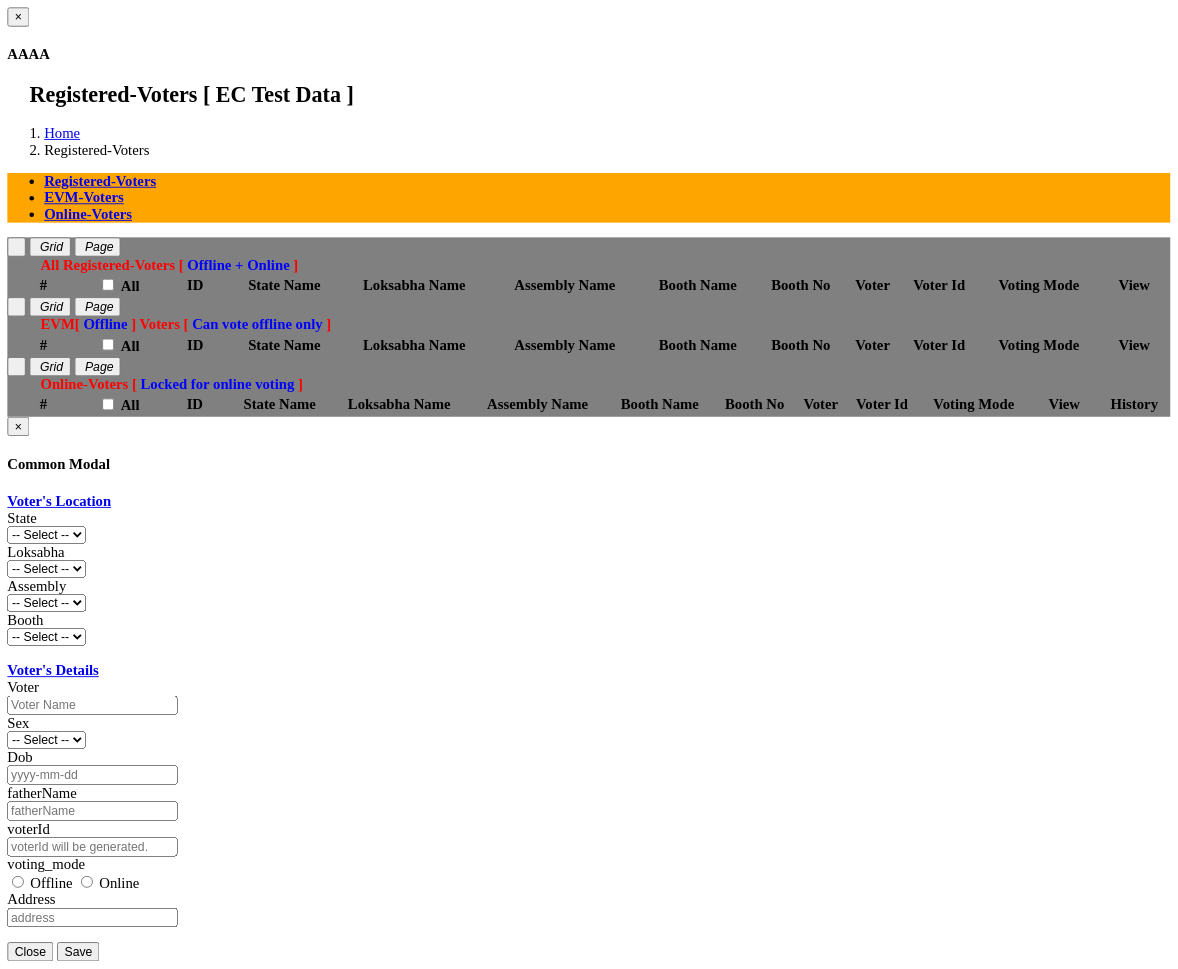
Repository: sanjeev167/IndiaOnLineVoting_3112020
Page: http://localhost/IndiaOnLineVoting/WEB-INF/jsp/ec/voters.jsp
An editor plug-in stored every save of this project. The page is shown before and after the next save, followed by the edit.
The browser window is 1280 px wide. The pictures show the whole page, at 92% of full size.
The page is served by Tomcat 9. Nobody is signed in. Other server files are loaded and not shown. The template is opened directly, without the code that normally fills it, so the values that code supplies are empty.

Above is the page before, as saved 2020-10-29 19:46:05.
Console error: TypeError: $(...).DataTable is not a function

### IndiaOnLineVoting/src/main/webapp/WEB-INF/jsp/ec/voters.jsp
	<div class="modal fade" id="auditTrailModalId">
	<div class="modal-dialog modal-md">
		<div class="modal-content" style="border-radius: 10px;">
			<div class="modal-header">
				<button type="button" class="close" data-dismiss="modal"
					aria-label="Close">
					<span aria-hidden="true">&times;</span>
				</button>
				<h4 class="modal-title" id="commonModalTitleId">AAAA</h4>
			</div>
			<div class="modal-body">

			</div>

		</div>
		<!-- /.modal-content -->
	</div>
	<!-- /.modal-dialog -->
</div>
<!-- /.modal -->






	<!-- Full Width Column -->

	<!-- Content Header (Page header) -->
	<section class="content-header">
		<h1>
			&nbsp;&nbsp;&nbsp;&nbsp;Registered-Voters [ <strong>EC Test Data</strong> ]
		</h1>
		<ol class="breadcrumb">
			<li><a href="/"><i class="fa fa-dashboard"></i> Home</a></li>
			<li class="active">Registered-Voters</li>
		</ol>
	</section>

	<!-- Main content -->
	<section class="content">

		<div class="row">

			<div class="col-md-9">
				<div class="nav-tabs-custom" >
					<ul class="nav nav-tabs"
						style="background-color: orange; font-weight: bold;">
						<li class="active"><a href="#activity" data-toggle="tab">Registered-Voters</a></li>
						<li><a href="#timeline" data-toggle="tab">EVM-Voters</a></li>
						<li><a href="#settings" data-toggle="tab">Online-Voters</a></li>
					</ul>
					<div class="tab-content" style="background-color: grey;">
						<div class="active tab-pane" id="activity">
								<!-- /.box-header -->
								<div class="box-body">
									<div class="col-md-12">
										<div class="box box-primary ">
											<div class="box-header with-border">

												<div class="box-title">

													<button type="button">
														<i class="fa fa-search searchClass" data-toggle="modal">&nbsp;</i>
													</button>
													<button type="button" id="reloadGrid">
														<i class="fa fa-refresh">&nbsp;Grid</i>
													</button>
													<button type="button" id="refreshGrid">
														<i class="fa fa-refresh">&nbsp;Page</i>
													</button>
												</div>
												&nbsp;&nbsp;&nbsp;&nbsp;&nbsp;&nbsp;&nbsp;&nbsp;&nbsp;<strong style="color:red;">All Registered-Voters [ <span style="color:blue;">Offline + Online </span> ]</strong>
											</div>

											<div class="box-body ">
												<table id="votersEnrolledId" width="100%"
													class="table table-striped table-bordered table-hover table-condensed dt-responsive data-table">
													<thead>
														<tr>
															<th width="6%">#</th>
															<th width="7%"><input id="chkAll" type="checkbox">&nbsp;All</th>
															<th width="6%">ID</th>
															<th>State Name</th>
															<th>Loksabha Name</th>
															<th>Assembly Name</th>
															<th>Booth Name</th>
															<th>Booth No</th>
															<th>Voter</th>
															<th>Voter Id</th>
															<th>Voting Mode</th>
															<th width="6%">View</th>

														</tr>
													</thead>

												</table>
											</div>
											<!-- /.box-body -->

									</div>
									<!-- /.col -->
								</div>
								<!-- /.box-body -->
							</div>
							<!-- /.box -->

						</div>
						<!-- /.tab-pane -->




						<div class="tab-pane" id="timeline">
							 <!-- /.box-header -->
								<div class="box-body">
									<div class="col-md-12">
										<div class="box box-primary ">
											<div class="box-header with-border">

												<div class="box-title">

													<button type="button">
														<i class="fa fa-search SearchOffLineVotersClass" data-toggle="modal">&nbsp;</i>
													</button>
													<button type="button" id="reloadGrid">
														<i class="fa fa-refresh">&nbsp;Grid</i>
													</button>
													<button type="button" id="refreshGrid">
														<i class="fa fa-refresh">&nbsp;Page</i>
													</button>
												</div>
												&nbsp;&nbsp;&nbsp;&nbsp;&nbsp;&nbsp;&nbsp;&nbsp;&nbsp;<strong style="color:red;">EVM[ <span style="color:blue;">Offline</span> ] Voters [ <span style="color:blue;">Can vote offline only</span> ]</strong>
											</div>

											<div class="box-body ">
												<table id="votersEnrolledOfflineId" width="100%"
													class="table table-striped table-bordered table-hover table-condensed dt-responsive data-table">
													<thead>
														<tr>
														   <th width="6%">#</th>
															<th width="7%"><input id="chkAll" type="checkbox">&nbsp;All</th>
															<th width="6%">ID</th>
															<th>State Name</th>
															<th>Loksabha Name</th>
															<th>Assembly Name</th>
															<th>Booth Name</th>
															<th>Booth No</th>
															<th>Voter</th>
															<th>Voter Id</th>
															<th>Voting Mode</th>
															<th width="6%">View</th>

														</tr>
													</thead>

												</table>
											</div>
											<!-- /.box-body -->

									</div>
									<!-- /.col -->
								</div>
								<!-- /.box-body -->
							</div>
							<!-- /.box -->
						</div>
						<!-- /.tab-pane -->

						<div class="tab-pane" id="settings">
							      <!-- /.box-header -->
								<div class="box-body">
									<div class="col-md-12">
										<div class="box box-primary ">
											<div class="box-header with-border">

												<div class="box-title">

													<button type="button">
														<i class="fa fa-search SearchOnLineVotersClass" data-toggle="modal">&nbsp;</i>
													</button>
													<button type="button" id="reloadGrid">
														<i class="fa fa-refresh">&nbsp;Grid</i>
													</button>
													<button type="button" id="refreshGrid">
														<i class="fa fa-refresh">&nbsp;Page</i>
													</button>
												</div>
												&nbsp;&nbsp;&nbsp;&nbsp;&nbsp;&nbsp;&nbsp;&nbsp;&nbsp;<strong style="color:red;">Online-Voters [ <span style="color:blue;">Locked for online voting</span> ]</strong>
											</div>

											<div class="box-body ">
												<table id="votersEnrolledOnlineId" width="100%"
													class="table table-striped table-bordered table-hover table-condensed dt-responsive data-table">
													<thead>
														<tr>
															<th width="6%">#</th>
															<th width="7%"><input id="chkAll" type="checkbox">&nbsp;All</th>
															<th width="6%">ID</th>
															<th>State Name</th>
															<th>Loksabha Name</th>
															<th>Assembly Name</th>
															<th>Booth Name</th>
															<th>Booth No</th>
															<th>Voter</th>
															<th>Voter Id</th>
															<th>Voting Mode</th>
															<th width="6%">View</th>
															<th width="6%">History</th>

														</tr>
													</thead>

												</table>
											</div>
											<!-- /.box-body -->

									</div>
									<!-- /.col -->
								</div>
								<!-- /.box-body -->
							</div>
							<!-- /.box -->

						</div>
						<!-- /.tab-pane -->
					</div>
					<!-- /.tab-content -->
				</div>
				<!-- /.nav-tabs-custom -->
			</div>
			<!-- /.col -->
		</div>
		<!-- /.row -->

	</section>
	<!-- /.content -->



<!-- modal for add/update/view/search -->
<div class="modal fade" id="modal-common">
	<div class="modal-dialog modal-md">
		<div class="modal-content" style="border-radius: 10px;">
			<div class="modal-header">
				<button type="button" class="close" data-dismiss="modal"
					aria-label="Close">
					<span aria-hidden="true">&times;</span>
				</button>
				<h4 class="modal-title" id="commonModalTitleId">Common Modal</h4>
			</div>
			<div class="modal-body">
				<!-- form start -->
				<form class="form-horizontal" id="commonFormId" action="">
					<div class="box-body">
						<h5 id="successMsgId"></h5>
						<h5 id="searchMsgId"></h5>
						<strong style="color:red;" id="searchHideContentId"><a href="#" id="voterlocationId">Voter's Location </a></strong>
						<div id="voterLocationShowHideId">
									<div class="form-group">
										<label for="inputStateName" class="col-sm-4 control-label">
											State</label>
										<div class="col-sm-7">
											<select class="form-control" name="stateNameId"
												id="stateNameId">
												<option value="">-- Select --</option>

											</select> <span id="stateNameId_err" class="field-error"></span>
										</div>
									</div>
									<div class="form-group">
										<label for="inputLoksabhaName" class="col-sm-4 control-label">
											Loksabha</label>
										<div class="col-sm-7">
											<select class="form-control" name="loksabhaNameId"
												id="loksabhaNameId">
												<option value="">-- Select --</option>

											</select> <span id="loksabhaNameId_err" class="field-error"></span>
										</div>
									</div>

									<div class="form-group" id="assemblyLabledId">
										<label for="inputSortName" class="col-sm-4 control-label">
											Assembly</label>
										<div class="col-sm-7">
											<select class="form-control" name="assemblyNameId"
												id="assemblyNameId">
												<option value="">-- Select --</option>

											</select> <span id="assemblyNameId_err" class="field-error"></span>
										</div>
									</div>

									<div class="form-group" id="pollingBoothNameIdLabledId">
										<label for="inputSortName" class="col-sm-4 control-label">
											Booth</label>
										<div class="col-sm-7">
											<select class="form-control" name="pollingBoothNameId"
												id="pollingBoothNameIdId">
												<option value="">-- Select --</option>
											</select> <span id="pollingBoothNameIdId_err" class="field-error"></span>
										</div>
									</div>
                         </div>



								<!-- Voter Location -->
								<br>
								<strong style="color:red;" id="searchHide1ContentId"><a href="#"  id="voterDetailId"> Voter's Details </a></strong>
								<div id="voterDetailShowHideId">

										<div class="form-group" id="voterNameLabledId">
											<label for="inputSortName" class="col-sm-4 control-label">
												Voter</label>
											<div class="col-sm-7">
												<input type="text" class="form-control" name="voterName"
													id="voterNameId" placeholder="Voter Name">
													<span
												id="voterNameId_err" class="field-error"></span>
											</div>
										</div>

										<div class="form-group" id="sexLabledId">
											<label for="inputSortName" class="col-sm-4 control-label">
												Sex</label>
											<div class="col-sm-7">
											        <select class="form-control" name="sex"	id="sexId">
												       <option value="">-- Select --</option>
												       <option value="M">Male</option>
												       <option value="F">Female</option>
											        </select>
													<span id="sexId_err" class="field-error"></span>
											</div>
										</div>

										<div class="form-group" id="dobForPageLabledId">
											<label for="inputSortName" class="col-sm-4 control-label">
												Dob</label>
											<div class="col-sm-7">
												<input type="text" class="form-control" name="dobForPage" id="dobForPageId" placeholder="yyyy-mm-dd">
													<span
												id="dobForPageId_err" class="field-error"></span>
											</div>
										</div>

										<div class="form-group" id="fatherNameLabledId">
											<label for="inputSortName" class="col-sm-4 control-label">
												fatherName</label>
											<div class="col-sm-7">
												<input type="text" class="form-control" name="fatherName"
													id="fatherNameId" placeholder="fatherName">
													<span
												id="fatherNameId_err" class="field-error"></span>
											</div>
										</div>

										<div class="form-group" id="voterIdLabledId">
											<label for="inputSortName" class="col-sm-4 control-label">
												voterId</label>
											<div class="col-sm-7">
												<input type="text" class="form-control" name="voterId"
													id="voterIdId" placeholder="voterId will be generated.">
													<span
												id="voterIdId_err" class="field-error"></span>
											</div>
										</div>

										<div class="form-group" id="voting_modeLabledId">
											<label for="inputSortName" class="col-sm-4 control-label">
												voting_mode</label>
											<div class="col-sm-7">
											     <input type="radio" name="voting_mode" id="offlineVoting_modeId" value="0">&nbsp;Offline
											     <input type="radio" name="voting_mode" id="onlineVoting_modeId" value="1">&nbsp;Online

													<span
												id="voting_modeId_err" class="field-error"></span>
											</div>
										</div>

										<div class="form-group" id="addressLabledId">
											<label for="inputSortName" class="col-sm-4 control-label">
												Address</label>
											<div class="col-sm-7">
												<input type="text" class="form-control" name="address"
													id="addressId" placeholder="address">
													<span
												id="addressId_err" class="field-error"></span>
											</div>
										</div>
								</div>
								   <input hidden="true" name="id" id="votersEnrolledRecordId" />
							</div>
							<!-- /.box-body -->

							<!-- /.box-footer -->
				</form>

			</div>
			<div class="modal-footer">
				<button type="button" class="btn btn-info" data-dismiss="modal">Close</button>
				<button type="button"
					class="btn btn-warning commonButtonActionClass"
					id="commonButtonActionId">Save</button>
			</div>
		</div>
		<!-- /.modal-content -->
	</div>
	<!-- /.modal-dialog -->
</div>
<!-- /.modal -->









	<!-- jQuery 3  -->
	<script
		src="https://ajax.googleapis.com/ajax/libs/jquery/3.4.1/jquery.min.js"></script>
	<script
		src="https://maxcdn.bootstrapcdn.com/bootstrap/3.4.0/js/bootstrap.min.js"></script>
	<script
		src="${contextPath}/resources/assets/pageSpecific/js/votersEnrolled_list.js"></script>

Loaded but not shown: IndiaOnLineVoting/src/main/webapp/resources/assets/pageSpecific/js/votersEnrolled_list.js (1374 lines, source omitted)

After the next save:
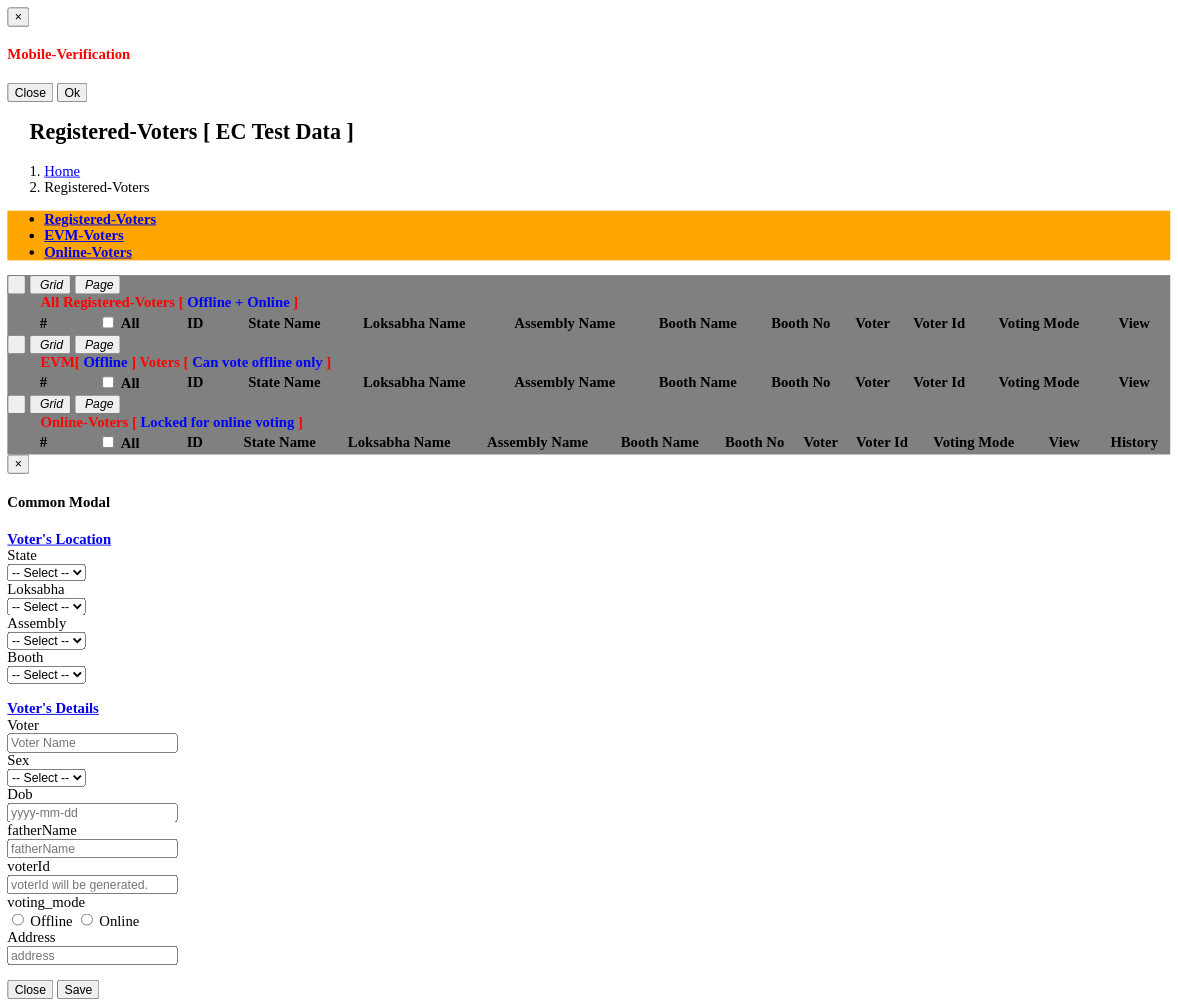
Saved 2 min 45 s later.
--- a/IndiaOnLineVoting/src/main/webapp/WEB-INF/jsp/ec/voters.jsp
+++ b/IndiaOnLineVoting/src/main/webapp/WEB-INF/jsp/ec/voters.jsp
@@ -1,23 +1,35 @@
-	<div class="modal fade" id="auditTrailModalId">
-	<div class="modal-dialog modal-md">
-		<div class="modal-content" style="border-radius: 10px;">
-			<div class="modal-header">
-				<button type="button" class="close" data-dismiss="modal"
-					aria-label="Close">
-					<span aria-hidden="true">&times;</span>
-				</button>
-				<h4 class="modal-title" id="commonModalTitleId">AAAA</h4>
+
+
+	<!-- modal for Audit trail -->
+	<div class="modal fade " id="auditTrailModalId">
+		<div class="modal-dialog modal-sm ">
+			<div class="modal-content" style="border-radius: 10px;">
+				<div class="modal-header">
+					<button type="button" class="close" data-dismiss="modal"
+						aria-label="Close">
+						<span aria-hidden="true">&times;</span>
+					</button>
+					<h4 class="modal-title">
+						<b style="color: red;">Mobile-Verification</b>
+					</h4>
+				</div>
+				<div class="modal-body " style="border-radius: 10px;">
+					<p id="mobileVerificationResponseMsgId">
+
+					</p>
+				</div>
+				<div class="modal-footer">
+					<button type="button" class="btn btn-default pull-left"
+						data-dismiss="modal">Close</button>
+					<button type="button" class="btn btn-primary"
+						id="mobileVerificationOverId">Ok</button>
+				</div>
 			</div>
-			<div class="modal-body">
-
-			</div>
-
+			<!-- /.modal-content -->
 		</div>
-		<!-- /.modal-content -->
+		<!-- /.modal-dialog -->
 	</div>
-	<!-- /.modal-dialog -->
-</div>
-<!-- /.modal -->
+	<!-- /.modal -->
 
 
 
